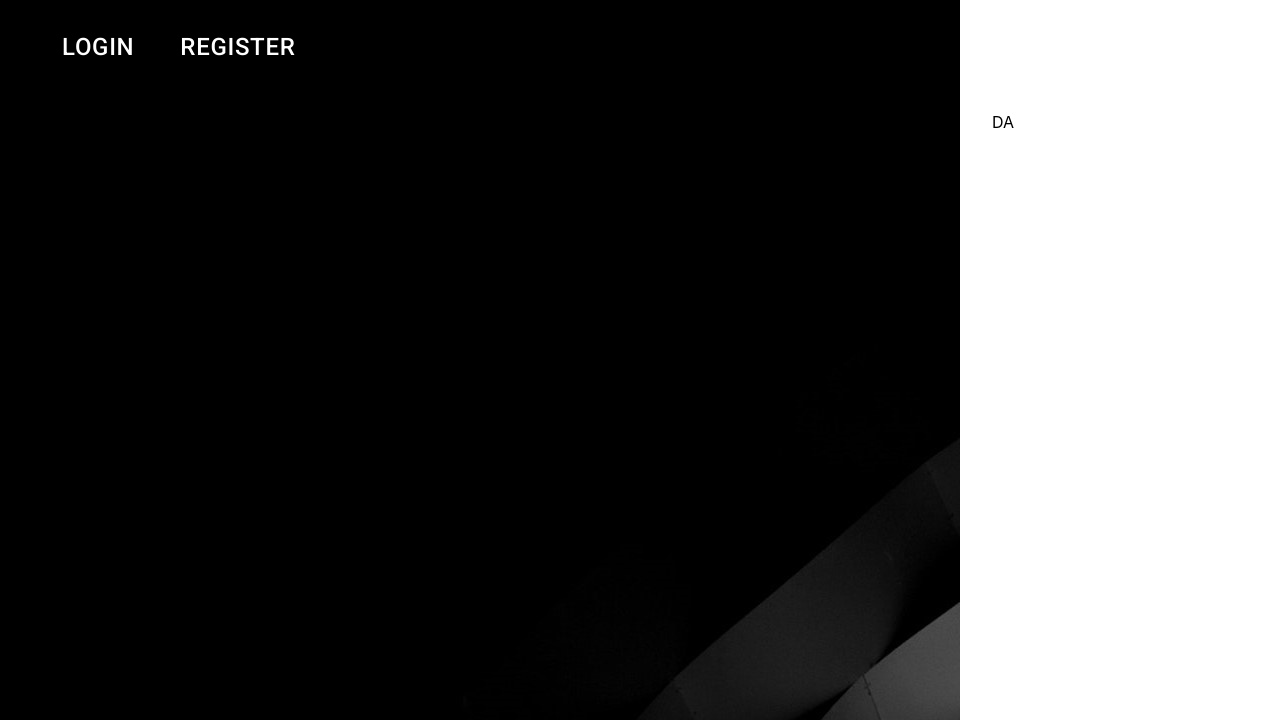
Repository: claudiuotea/FrontendAugmentator
Page: /account
These files come from the project's save history. The page is drawn as it stood at one moment and after the next save; the edit follows.
The browser window is 1280 px wide. The pictures show the whole page.
The project was rebuilt for these pictures with package versions that can differ from the ones it lists, and the page was loaded fresh each time. Also part of the build but not shown: src/Services/AccountService.ts, src/Components/Login.tsx, src/Components/Register.tsx, src/Components/ForgotPassword.tsx, src/Components/ResetPassword.tsx, src/Components/VerifyAccount.tsx.

Above is the page before, as saved 2021-05-11 20:38:52.

After the next save:
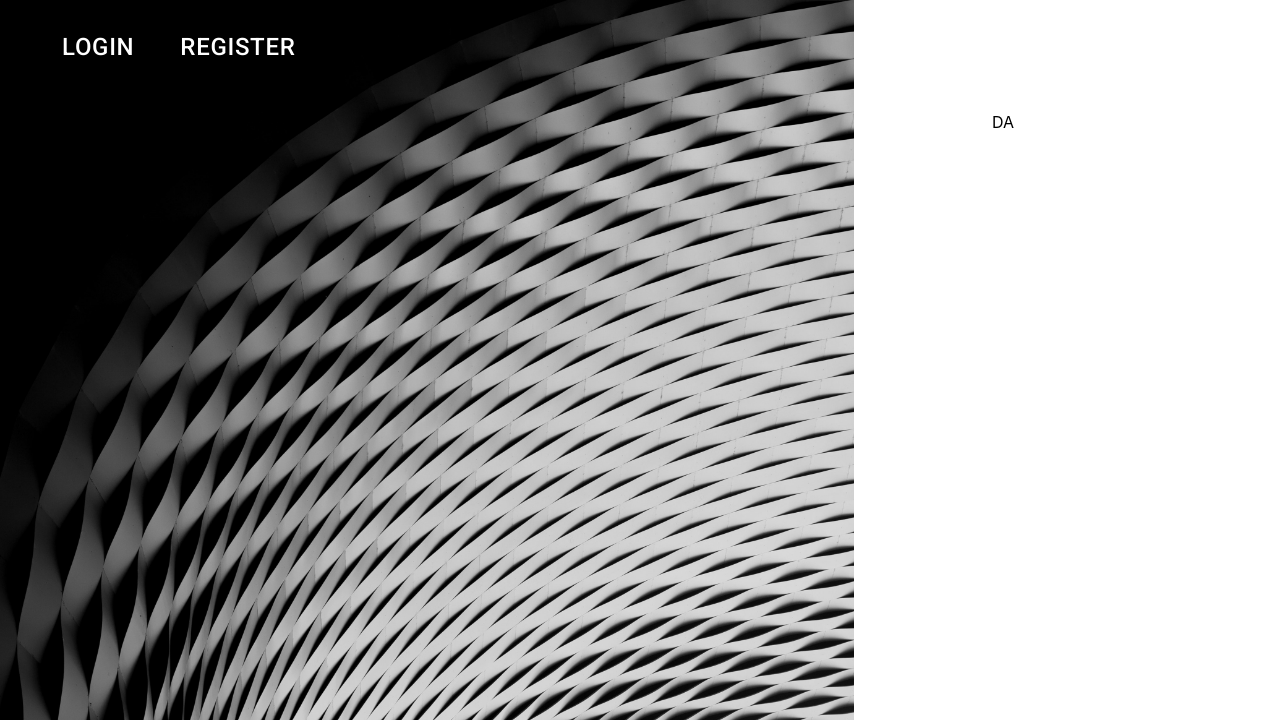
Saved 35 s later.
--- a/src/Components/Accounts.tsx
+++ b/src/Components/Accounts.tsx
@@ -25,7 +25,7 @@ export const Account: React.FunctionComponent<{}> = () => {
     //impart ecranul in 2 coloane
     <div className={classes.root + classes.gridItem}>
       <Grid container className={classes.gridItem}>
-        <Grid item xs={12} sm={9} style={{backgroundImage:  `url(${Image})`, backgroundRepeat:"no-repeat"}}>
+        <Grid item xs={12} sm={9} style={{backgroundImage:  `url(${Image})`, backgroundRepeat:"no-repeat", backgroundSize:"contain"}}>
            de
         </Grid>
         <Grid item xs={12} sm={3}>
